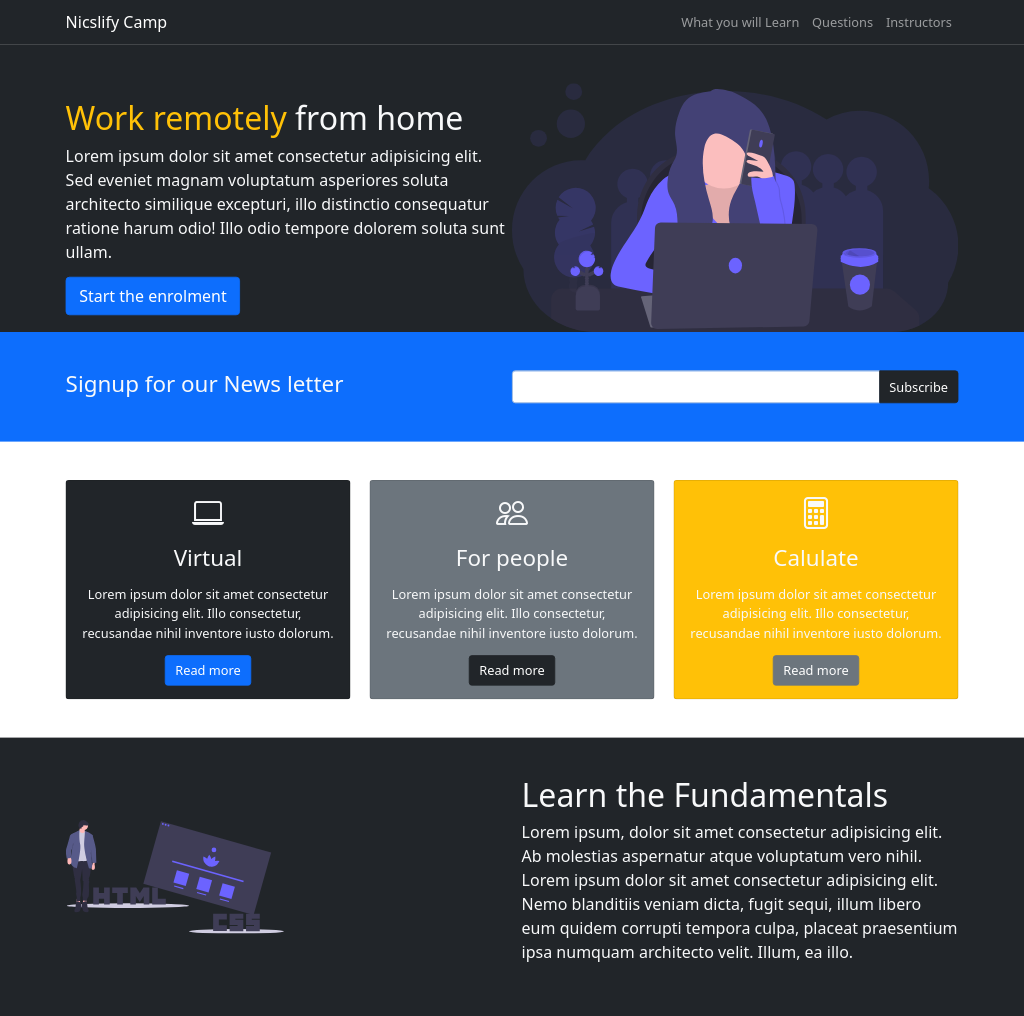
Repository: Eugene44-hub/enrollment-site
Page: index.html
These files come from the project's save history. The page is drawn as it stood at one moment and after the next save; the edit follows.
The browser window is 1280 px wide. The pictures show the whole page, at 80% of full size.
Some web libraries are served in a nearby version.

Above is the page before, as saved 2021-10-20 10:56:17.

### index.html
<!DOCTYPE html>
<html lang="en">

<head>
    <meta charset="UTF-8">
    <meta http-equiv="X-UA-Compatible" content="IE=edge">
    <meta name="viewport" content="width=device-width, initial-scale=1.0">
    <!-- CSS only -->
    <link href="https://cdn.jsdelivr.net/npm/bootstrap@5.1.3/dist/css/bootstrap.min.css" rel="stylesheet" integrity="sha384-1BmE4kWBq78iYhFldvKuhfTAU6auU8tT94WrHftjDbrCEXSU1oBoqyl2QvZ6jIW3" crossorigin="anonymous">
    <link rel="stylesheet" href="https://cdn.jsdelivr.net/npm/bootstrap-icons@1.6.1/font/bootstrap-icons.css">
    <link rel="stylesheet" href="style.css">
    <title>Bootstrap webpage</title>
</head>

<body>
    <!-- nav bar starts -->
    <nav class="navbar navbar-expand-md bg-dark navbar-dark">
        <div class="container">
            <a href="" class="navbar-brand">Nicslify Camp</a>

            <button class="navbar-toggler" type="button" data-bs-toggle='collapse' data-bs-target="#navmenu">
              <span class="navbar-toggler-icon"></span>
            </button>

            <div class="collapse navbar-collapse" id="navmenu">
                <ul class="navbar-nav ms-auto text-center text-sm-start">
                    <li class="nav-item">
                        <a href="#" class="nav-link">What you will Learn</a>
                    </li>
                    <li class="nav-item">
                        <a href="#" class="nav-link">Questions</a>
                    </li>
                    <li class="nav-item">
                        <a href="#" class="nav-link">Instructors</a>
                    </li>
                </ul>
            </div>
        </div>
    </nav>
    <!-- nav bar ends -->


    <!-- showCase starts -->
    <section class="bg-dark text-light text-center text-sm-start p-lg-0 pt-5 pb-5">
        <div class="container">
            <div class="d-md-flex pt-5 align-items-center">
                <div class="">
                    <div class="h1 "><span class="text-warning">Work remotely</span> from home</div>
                    <p class="lead">Lorem ipsum dolor sit amet consectetur adipisicing elit. Sed eveniet magnam voluptatum asperiores soluta architecto similique excepturi, illo distinctio consequatur ratione harum odio! Illo odio tempore dolorem soluta sunt ullam.</p>
                    <button class="btn btn-primary btn-lg ">Start the enrolment</button>
                </div>
                <img src="undraw_working_remotely_jh40.svg" class="image-fluid w-50 d-none d-md-block" alt="">
            </div>
        </div>
    </section>
    <!-- showCase ends -->

    <!-- signup starts -->
    <section class="bg-primary text-light p-5">
        <div class="container">
            <div class="d-md-flex justify-content-between">
                <p class="h3">Signup for our News letter</p>
                <div class="input-group" id="input-field">
                    <input type="text" class="form-control">
                    <button type="button" class="btn btn-dark">Subscribe</button>
                </div>
            </div>
        </div>
    </section>
    <!-- signup ends -->

    <!-- boxes starts -->
    <section class="my-5">
        <div class="container">
            <div class="row g-4">
                <div class="col-md">
                    <div class="card bg-dark text-center text-light ">
                        <div class="card-body">
                            <div class="h1 mb-3"><i class="bi bi-laptop"></i></div>
                            <div class="card-title h3 mb-3">Virtual</div>
                            <div class="card-text">
                                Lorem ipsum dolor sit amet consectetur adipisicing elit. Illo consectetur, recusandae nihil inventore iusto dolorum.
                            </div>
                            <a href="" class="btn btn-primary mt-3">Read more</a>
                        </div>
                    </div>


                </div>
                <div class="col-md">
                    <div class="card bg-secondary text-center text-light ">
                        <div class="card-body">
                            <div class="h1 mb-3"><i class="bi bi-people"></i></div>
                            <div class="card-title h3 mb-3">For people</div>
                            <div class="card-text">
                                Lorem ipsum dolor sit amet consectetur adipisicing elit. Illo consectetur, recusandae nihil inventore iusto dolorum.
                            </div>
                            <a href="" class="btn btn-dark mt-3">Read more</a>
                        </div>
                    </div>
                </div>
                <div class="col-md">
                    <div class="card bg-warning text-center text-light ">
                        <div class="card-body">
                            <div class="h1 mb-3"><i class="bi bi-calculator"></i></div>
                            <div class="card-title h3 mb-3">Calulate</div>
                            <div class="card-text">
                                Lorem ipsum dolor sit amet consectetur adipisicing elit. Illo consectetur, recusandae nihil inventore iusto dolorum.
                            </div>
                            <a href="" class="btn btn-secondary mt-3">Read more</a>
                        </div>
                    </div>
                </div>
            </div>
        </div>
    </section>
    <!-- boxes starts -->

    <!-- learn section starts -->
    <section class="bg-dark p-5 text-light ">
        <div class="container">
            <div class="row align-items-center">

                <div class="col-md m-auto">
                    <img src=" frontend.svg " class="image-fluid w-50 ">
                </div>



                <div class="col-md mt-5 mt-md-0 ">
                    <h1>Learn the Fundamentals</h1>
                    <p class="lead ">
                        Lorem ipsum, dolor sit amet consectetur adipisicing elit. Ab molestias aspernatur atque voluptatum vero nihil. <br> Lorem ipsum dolor sit amet consectetur adipisicing elit. Nemo blanditiis veniam dicta, fugit sequi, illum libero
                        eum quidem corrupti tempora culpa, placeat praesentium ipsa numquam architecto velit. Illum, ea illo.
                    </p>

                </div>
            </div>
        </div>
    </section>
    <!-- learn section ends -->
</body>
<!-- JavaScript Bundle with Popper -->
<script src="https://cdn.jsdelivr.net/npm/bootstrap@5.1.3/dist/js/bootstrap.bundle.min.js " integrity="sha384-ka7Sk0Gln4gmtz2MlQnikT1wXgYsOg+OMhuP+IlRH9sENBO0LRn5q+8nbTov4+1p " crossorigin="anonymous "></script>

</html>

### style.css
@media screen and (min-width:768px) {
    #input-field {
        width: 50%;
    }
}

After the next save:
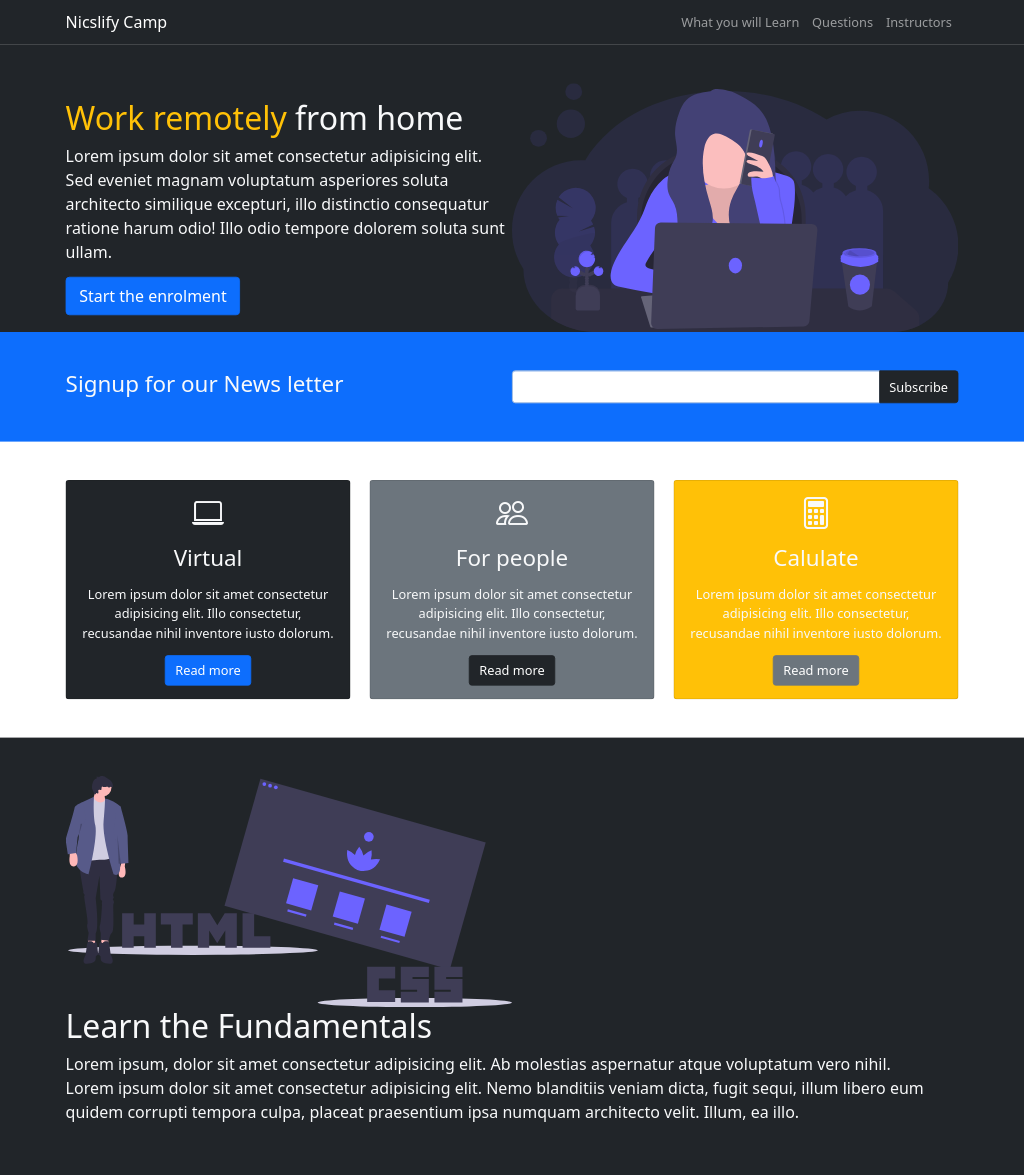
Saved 9 s later.
--- a/index.html
+++ b/index.html
@@ -123,20 +123,20 @@
 
                 <div class="col-md m-auto">
                     <img src=" frontend.svg " class="image-fluid w-50 ">
-                </div>
 
 
 
-                <div class="col-md mt-5 mt-md-0 ">
-                    <h1>Learn the Fundamentals</h1>
-                    <p class="lead ">
-                        Lorem ipsum, dolor sit amet consectetur adipisicing elit. Ab molestias aspernatur atque voluptatum vero nihil. <br> Lorem ipsum dolor sit amet consectetur adipisicing elit. Nemo blanditiis veniam dicta, fugit sequi, illum libero
-                        eum quidem corrupti tempora culpa, placeat praesentium ipsa numquam architecto velit. Illum, ea illo.
-                    </p>
 
+                    <div class="col-md mt-5 mt-md-0 ">
+                        <h1>Learn the Fundamentals</h1>
+                        <p class="lead ">
+                            Lorem ipsum, dolor sit amet consectetur adipisicing elit. Ab molestias aspernatur atque voluptatum vero nihil. <br> Lorem ipsum dolor sit amet consectetur adipisicing elit. Nemo blanditiis veniam dicta, fugit sequi, illum libero
+                            eum quidem corrupti tempora culpa, placeat praesentium ipsa numquam architecto velit. Illum, ea illo.
+                        </p>
+
+                    </div>
                 </div>
             </div>
-        </div>
     </section>
     <!-- learn section ends -->
 </body>
